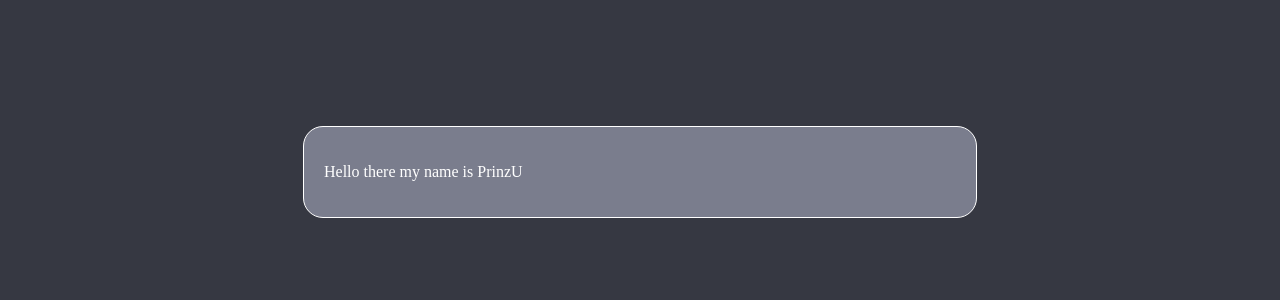
Repository: PrinzAI/PrinzAI.github.io
Page: index.html
An editor plug-in stored every save of this project. The page is shown before and after the next save, followed by the edit.
The browser window is 1280 px wide. The pictures show the whole page.
Some web fonts or font styles are not loaded; a fallback is used.

Above is the page before, as saved 2022-10-19 10:47:47.

### index.html
<!DOCTYPE html>
<html lang="en">
<head>
    <meta charset="UTF-8">
    <meta http-equiv="X-UA-Compatible" content="IE=edge">
    <meta name="viewport" content="width=device-width, initial-scale=1.0">

    <!-- external css -->
    <link rel="stylesheet" href="css/index.css">


    <title>Welcome to the Future</title>
</head>
<body>
    <div class="first-container">
        <p>Hello there my name is PrinzU</p>
    </div>
</body>
</html>

### css/index.css
@import url('https://fonts.googleapis.com/css2?family=Fuzzy+Bubbles&display=swap');

:root{
    background-color: rgba(54,56,66,1);
    color: white;
    font-family: 'Fuzzy Bubbles', cursive;
}

/*Create an animation from the .first-container tag that slowly shows up from bottom to up in an 1 second timer, text shows up last*/

.first-container{
    /*Create a continainer that shows in the center of the screen with border-radius of 20px*/
    width: 50%;
    height: 50%;
    margin: auto;
    margin-top: 10%;
    border-radius: 20px;
    background-color: rgb(122, 125, 141);
    border: 1px solid white;
    padding: 20px;

}

After the next save:
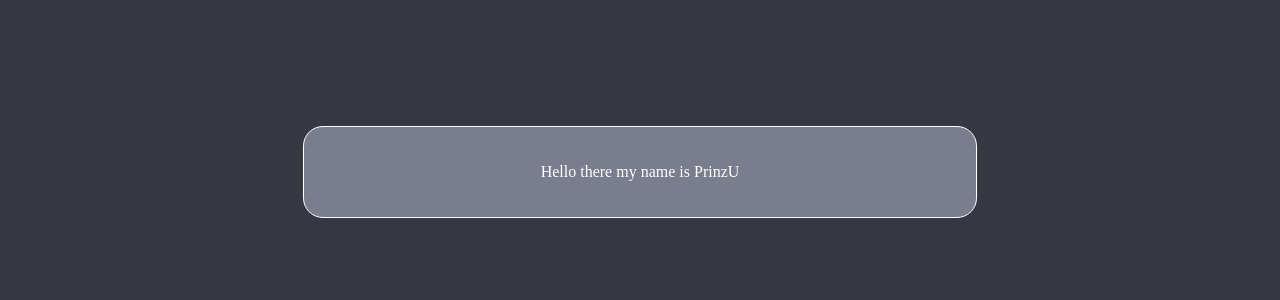
Saved 7 s later.
--- a/css/index.css
+++ b/css/index.css
@@ -7,6 +7,18 @@
 }
 
 /*Create an animation from the .first-container tag that slowly shows up from bottom to up in an 1 second timer, text shows up last*/
+.first-container{
+    animation: first-container 1s ease-in-out;
+    animation-fill-mode: forwards;
+    position: relative;
+    top: 100%;
+    width: 100%;
+    height: 100%;
+    display: flex;
+    flex-direction: column;
+    justify-content: center;
+    align-items: center;
+}
 
 .first-container{
     /*Create a continainer that shows in the center of the screen with border-radius of 20px*/
